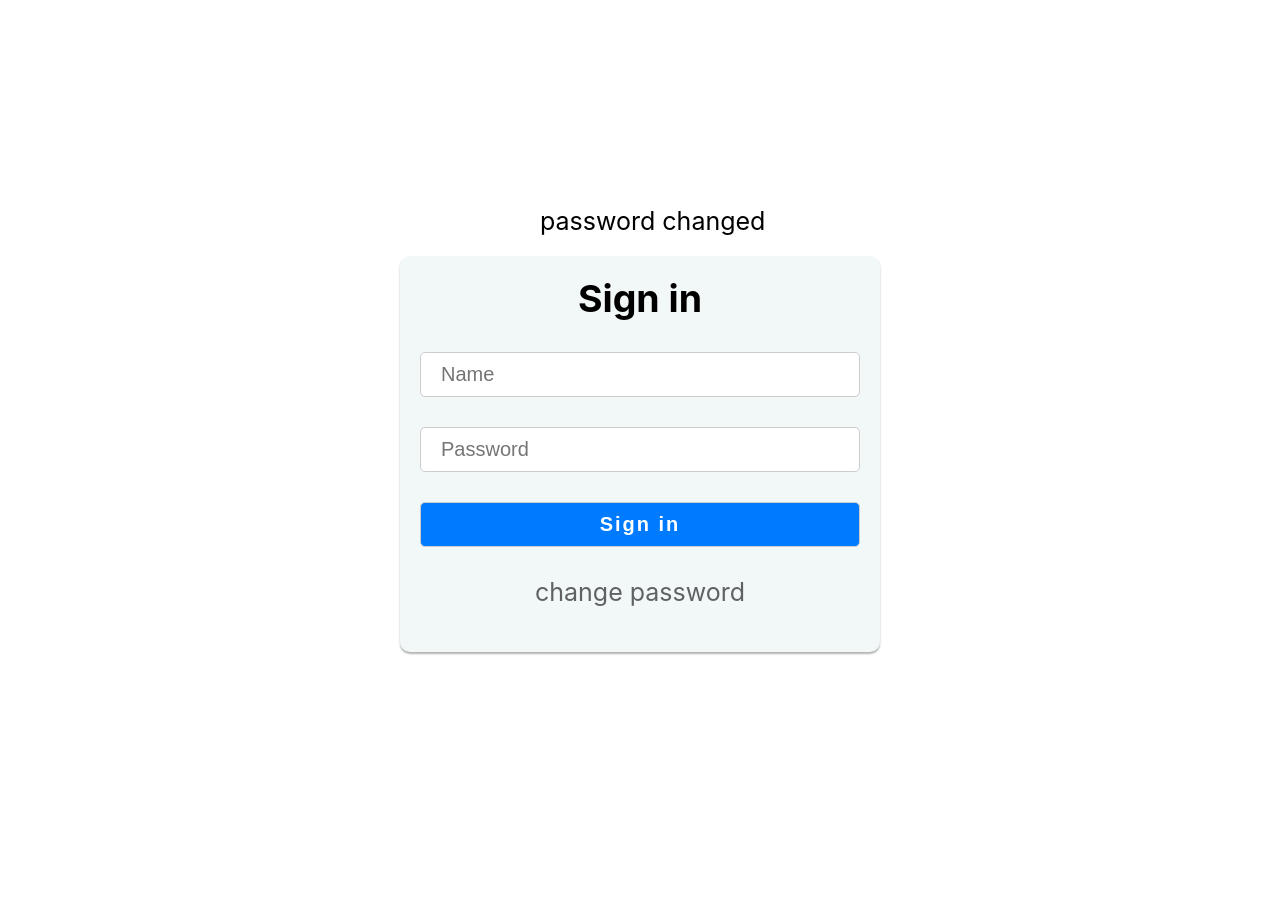
Repository: superHotBob/admin_nftillion
Page: /
An editor plug-in stored every save of this project. The page is shown before and after the next save, followed by the edit.
The browser window is 1280 px wide. The pictures show the whole page.
The project was rebuilt for these pictures with package versions that can differ from the ones it lists, and the page was loaded fresh each time. Also part of the build but not shown: src/components/NavPanel/styles.scss, src/components/NavPanel/index.js, src/components/Users/index.js, src/components/Collections/index.js, src/components/Preminted/styles.scss, src/components/Preminted/index.js, src/components/CreateCollection/styles.scss, src/components/CreateCollection/index.js.

Above is the page before, as saved 2022-04-27 09:39:46.

### src/index.js
import React from "react";
import ReactDOM from "react-dom/client";
import "./index.css";
import { BrowserRouter } from "react-router-dom";
import "./index.css";
import App from "./App";

import reportWebVitals from "./reportWebVitals";

const root = ReactDOM.createRoot(document.getElementById("root"));
root.render(
  <React.StrictMode>
    <BrowserRouter>
      <App />
    </BrowserRouter>
  </React.StrictMode>
);

// If you want to start measuring performance in your app, pass a function
// to log results (for example: reportWebVitals(console.log))
// or send to an analytics endpoint. Learn more: https://bit.ly/CRA-vitals
reportWebVitals();

### src/App.js
import * as React from "react";
import { Routes, Route } from "react-router-dom";
import { LogIn } from "./components/Login";
import { Users } from "./components/Users";
import './App.css';
import { Collections } from "./components/Collections";
import { Preminted } from "./components/Preminted";
import { Create } from "./components/CreateCollection";

function App() {
  return (
    <div className="App">
    <Routes>
        <Route path="/" element={<LogIn />} />
        <Route path="users" element={<Users />} />
        <Route path="collections" element={<Collections />} />
        <Route path="preminted" element={<Preminted />} />
        <Route path="createcollection" element={<Create />} />
      </Routes>
    </div>
  );
}

export default App;

### src/components/Login/index.js
import * as React from "react";
import "./styles.scss";
import axios from "axios";
import { useNavigate } from "react-router-dom";

export const LogIn = () => {
  const [password, setPassword] = React.useState("");
  const [newPassword, setNewPassword] = React.useState("");
  const [viewNewPassword, setViewNewPassword] = React.useState(false);
  const [name, setName] = React.useState("");
  let navigate = useNavigate();

  function login(event) {
    event.preventDefault();
    axios
      .post(`https://app.nftillion.io/admin/login`, {
        username: name,
        password: password,
      })
      .then((res) => {
        console.log(res.data);
        if (res.data.accessToken) {
          localStorage.setItem("accessToken", res.data.accessToken);
          navigate("/users");
        } else {
          navigate("/");
        }
      });
  }
  function change(event) {
    event.preventDefault();
    axios
      .post(`https://app.nftillion.io/admin/changePassword`, {
        username: name,
        password: password,
        newPassword: newPassword,
      })
      .then((res) => {
        console.log(res.data);
        setName("");
        setPassword("");
        setViewNewPassword(false);
        setNewPassword();
      });
  }
  function ChangePassword() {
    setViewNewPassword(true);
  }
  return (
    <div className="mainblock">
      <span className="change_password">password changed</span>
      <h2>{viewNewPassword ? "Change password" : "Sign in"}</h2>
      <form onSubmit={viewNewPassword ? change : login}>
        <label>
          <input
            className="input"
            type="text"
            value={name}
            required
            onChange={(e) => setName(e.target.value)}
            placeholder="Name"
          />
        </label>
        <label>
          <input
            type="password"
            className="input"
            value={password}
            required
            onChange={(e) => setPassword(e.target.value)}
            placeholder={viewNewPassword ? "Old password" : "Password"}
          />
        </label>
        {viewNewPassword && (
          <label>
            <input
              type="password"
              className="input"
              value={newPassword}
              required
              minLength={8}
              onChange={(e) => setNewPassword(e.target.value)}
              placeholder="New password"
            />
          </label>
        )}
        <button type="submit" className="signIn">
          {viewNewPassword ? "Change" : "Sign in"}
        </button>
        {!viewNewPassword && <p onClick={ChangePassword}>change password</p>}
      </form>

    </div>
  );
};

### src/components/Login/styles.scss
$submit: #007bff;
$white: #007bff;
$color_1: $submit;
$color_2: #fff;
$transition: all 0.25s ease-in-out;
.mainblock {
  width: 440px;
  height: auto;
  position: relative;
  padding: 20px;
  background-color: #f2f7f7;
  margin: 20vw auto;
  box-shadow: 0px 2px 2px rgb(0 0 0 / 30%);
  border-radius: 10px;
  font-size: 25px;
  h2 {
    margin-top: 0;
  }
  .input,
  .signIn {
    font-size: 20px;
    padding: 10px 20px;
    display: block;
    width: 100%;
    border-radius: 5px;
    border: 1px solid #ccc;
    margin: 30px auto;
    cursor: pointer;
    box-sizing: border-box;
    outline: none;
    height: 45px;
  }
  label,
  button {
    width: 100%;
    text-align: left;
    margin: 30px auto;
    display: block;
  }
  button {
    text-align: center;
    font-weight: 600;
  }
  p {
    cursor: pointer;
    opacity: 0.6;
  }
  p:hover {
   opacity: 1;
  }
  .change_password {
    position: absolute;
    top: -50px;
    left: 140px;
    opacity: 1;
  }
  @mixin mybutton($color_1, $color_2) {
    border: 2px solid $color_1;
    letter-spacing: 2px;
    color: #fff;
    background-color: $color_2;
    transition: $transition;
    &:hover {
      background-color: $color_1;
      border-color: $color_1;
      opacity: 0.8;
      color: #fff;
    }
    &:active {
      background-color: $color_1;
      border-color: $color_1;
      color: #fff;
      box-shadow: none;
    }
    &:focus,
    &:active:focus {
      background-color: $color_1;
      border-color: $color_1;
      color: #fff;
      outline: 5px auto $color_1;
    }
  }

  button {
    @include mybutton($submit, $color_2);
  }
}

### src/components/Users/styles.scss
.header {
  color: #000;
  padding: 20px 50px;
  margin: 0;
  border-bottom: 1px solid black;
  text-align: center;
  b {
    float: right;
    font-size: 16px;
    margin-top: 15px;
  }
}
header,
.data {
  display: flex;
  justify-content: space-around;
  font-size: 20px;
  span,
  label {
    width: 15%;
    display: inline-block;
  }
}
header {
  border-bottom: 1px solid black;
  font-size: 25px;
  font-weight: 600;
  padding: 20px 0;
}
.block_view {
  position: fixed;
  top: 20vh;
  padding: 20px;
  right: 40vw;
  width: 20vw;
  height: auto;
  transition: all 0.5s;
  background-color: #fff;
  box-shadow: 0 0px 8px 0px rgba(34, 60, 80, 0.2);
}
.block_hide {
  position: fixed;
  top: 20vh;
  transition: all 0.5s;
  right: 40vw;
  opacity: 0;
  overflow: hidden;
  width: 20vw;
  height: auto;
  background-color: #fff;
  box-shadow: 0 0px 8px 0px rgba(34, 60, 80, 0.2);
}
button {
  height: 45px;
  width: 65%;
  font-size: 20px;
  border-radius: 30px;
  cursor: pointer;
  font-weight: 600;
  color: #fff;
  border: none;
  outline: none;
}
button:first-of-type {
  background-color: red;
  width: 30%;
}
button:last-of-type {
  background-color: #007bff;
}
button:hover {
  opacity: 0.7;
  border-color: rgba(200, 255, 255, 1);
}
.block_button {
  display: flex;
  margin-top: 30px;
  justify-content: space-around;
}
.data_edit {
  span {
    display: block;
    font-size: 20px;
    margin: 20px;
  }
}
.header_edit {
  padding-bottom: 30px;
  font-size: 25px;
  border-bottom: 1px solid #000;
}

input[type="checkbox"] {
  width: 25px;
  height: 25px;
  margin: 0 20px;
}
textarea {
  width: 90%;
  padding: 10px 20px;
  outline: none;
  font-size: 20px;
  display: block;
}

b {
  font-size: 30px;
  margin: 0 10px 30px;
  display: block;
}

### src/components/Collections/styles.scss
.data {
    padding: 20px 0;
    margin: 0;
}
.data:hover {
    background-color: #c9c9c9;
    cursor: pointer;
}
.right_block_view {
    position: fixed;
    top: 0;
    padding: 20px;
    right: 0;
    width: 400px;
    height: 100vw;
    transition: all 0.5s;
    background-color: #fff;
    box-shadow: -7px 0px 8px 0px rgba(34, 60, 80, 0.2);
}
.right_block_hide {
    position: fixed;
    top: 0;
    transition: all 0.5s;
    right: -401px;
    width: 400px;
    height: 100vw;
    background-color: #fff;
    box-shadow: -7px 0px 8px 0px rgba(34, 60, 80, 0.2);
}
button {
    height: 45px;
    width: 65%;
    font-size: 20px;
    border-radius: 30px;
    cursor: pointer;
    font-weight: 600;
    color: #fff;
    border: none;
    outline: none;

}
button:first-of-type {
    background-color: red;
    width: 30%;
}
button:last-of-type {
    background-color: #007bff;
}
button:hover {
    opacity: 0.7;
    border-color: #f9f9ff;

}
.block_button {
    display: flex;
    margin-top: 30px;
    justify-content: space-around;
}
.data_edit {
    span {
        display: block;
        font-size: 18px;
        margin: 20px 0;
    }
}
.header_edit {
    padding-bottom:  30px;
    font-size: 25px;
    border-bottom: 1px solid #000;
}

input[type='checkbox'] {
    width: 25px;
    height: 25px;
    margin: 0 20px;
}

Loaded but not shown: public/index.html (common file); src/index.css (common file); src/reportWebVitals.js (common file); src/App.css (common file)

After the next save:
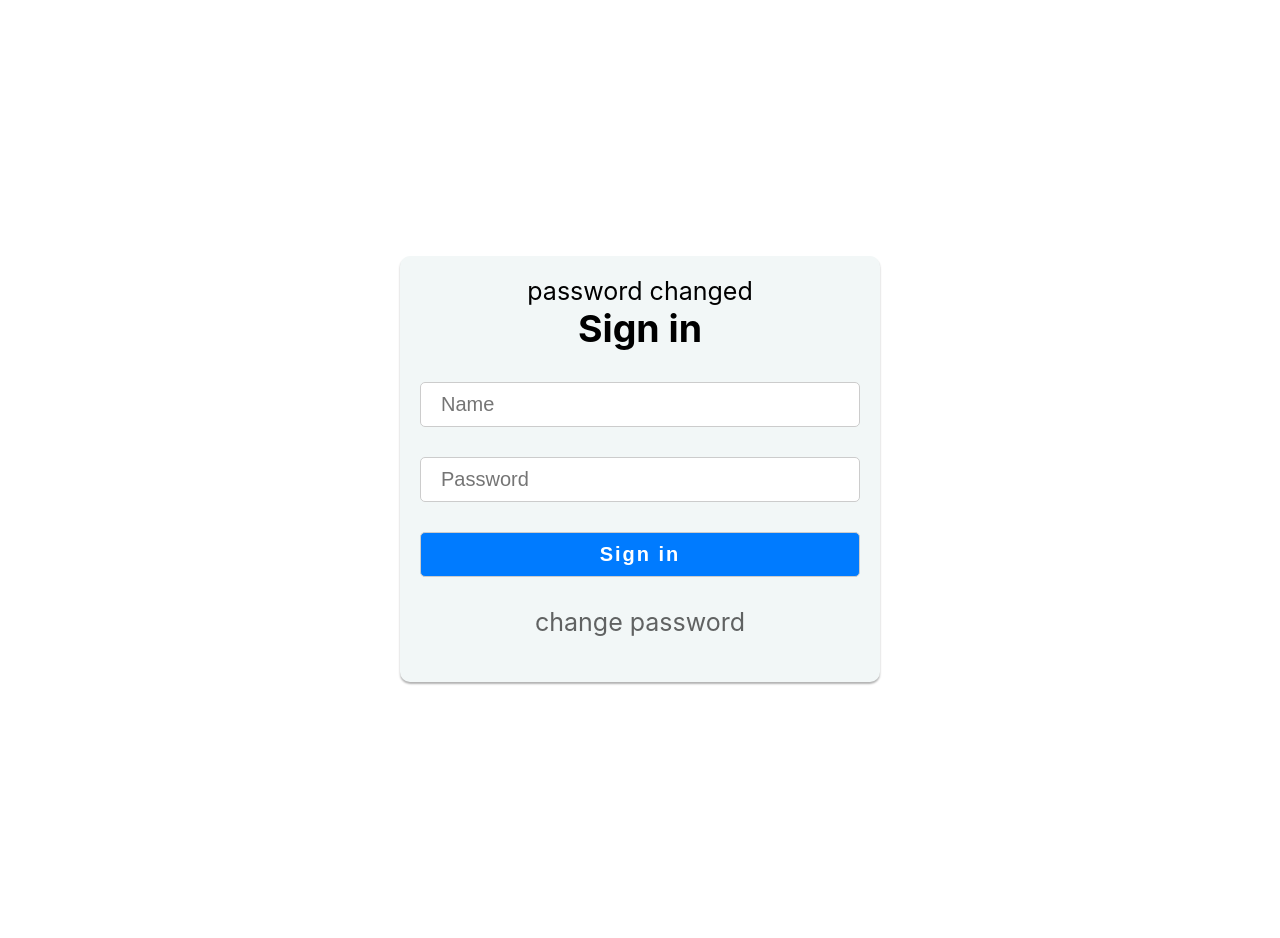
Saved 7 min 12 s later.
--- a/src/components/Login/index.js
+++ b/src/components/Login/index.js
@@ -48,7 +48,7 @@
   }
   return (
     <div className="mainblock">
-      <span className="change_password">password changed</span>
+      <span className={`"change_password " + ${change} ? '' : "hide"`}>password changed</span>
       <h2>{viewNewPassword ? "Change password" : "Sign in"}</h2>
       <form onSubmit={viewNewPassword ? change : login}>
         <label>

After the save that followed:
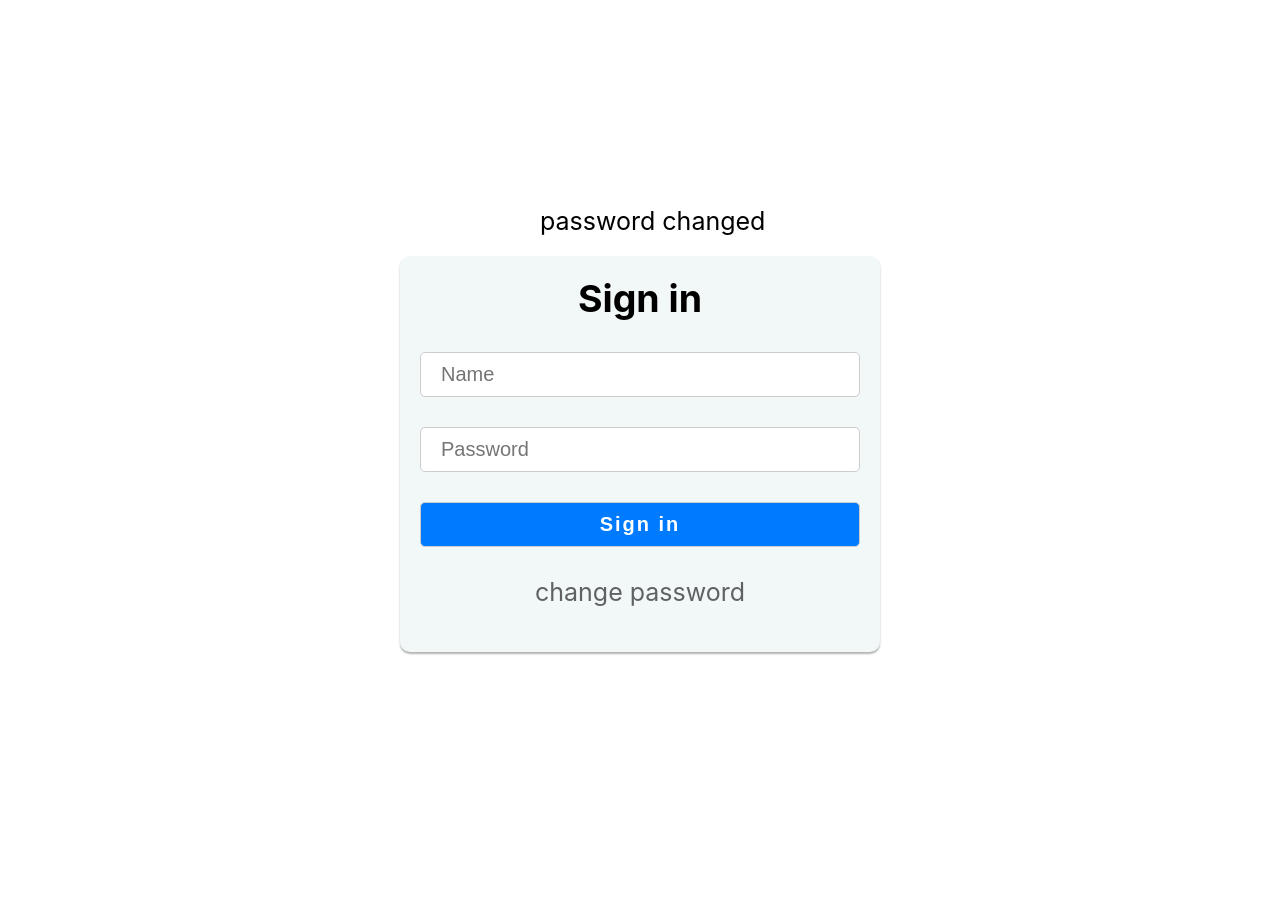
Saved 58 s later.
--- a/src/components/Login/index.js
+++ b/src/components/Login/index.js
@@ -48,7 +48,7 @@
   }
   return (
     <div className="mainblock">
-      <span className={`"change_password " + ${change} ? '' : "hide"`}>password changed</span>
+      <span className={change ? "change_password" : "change_password hide"}>password changed</span>
       <h2>{viewNewPassword ? "Change password" : "Sign in"}</h2>
       <form onSubmit={viewNewPassword ? change : login}>
         <label>
